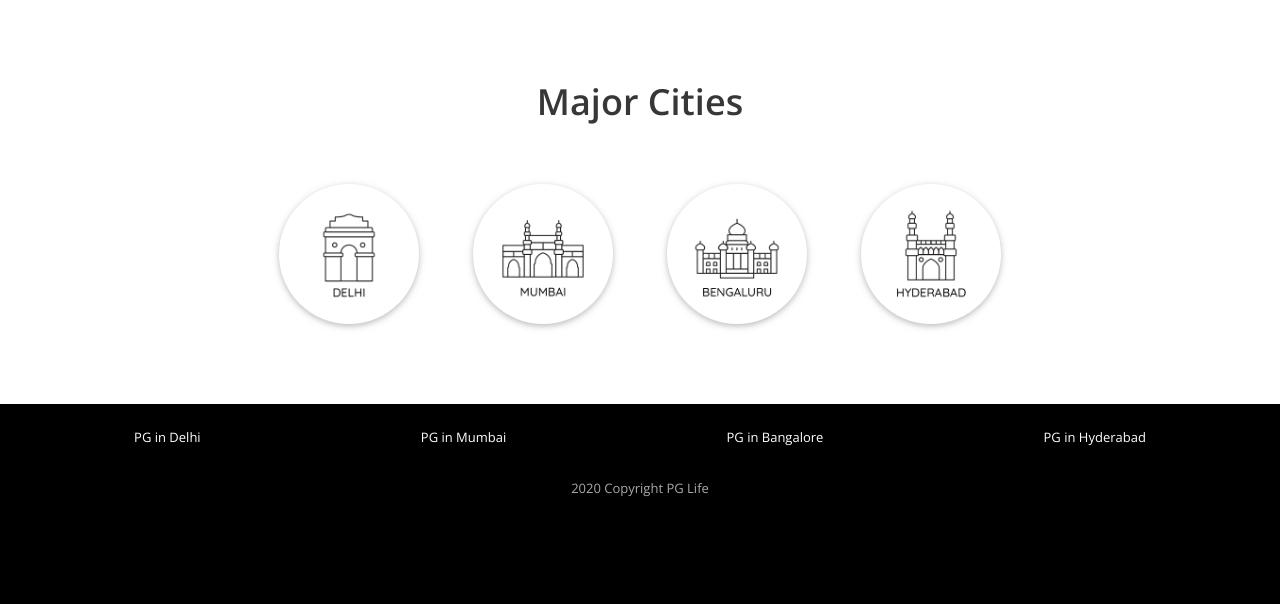
Repository: AishwaryaPandey987/PGLife
Page: index.html
An editor plug-in stored every save of this project. The page is shown before and after the next save, followed by the edit.
The browser window is 1280 px wide. The pictures show the part of the page from y = 502 to 1106 px (the page is 1106 px tall before and 1025 px after).
Backgrounds fixed to the window are drawn as part of the page. Some web libraries are served in a nearby version.

Above is the page before, as saved 2023-02-06 21:00:15.

After the next save:
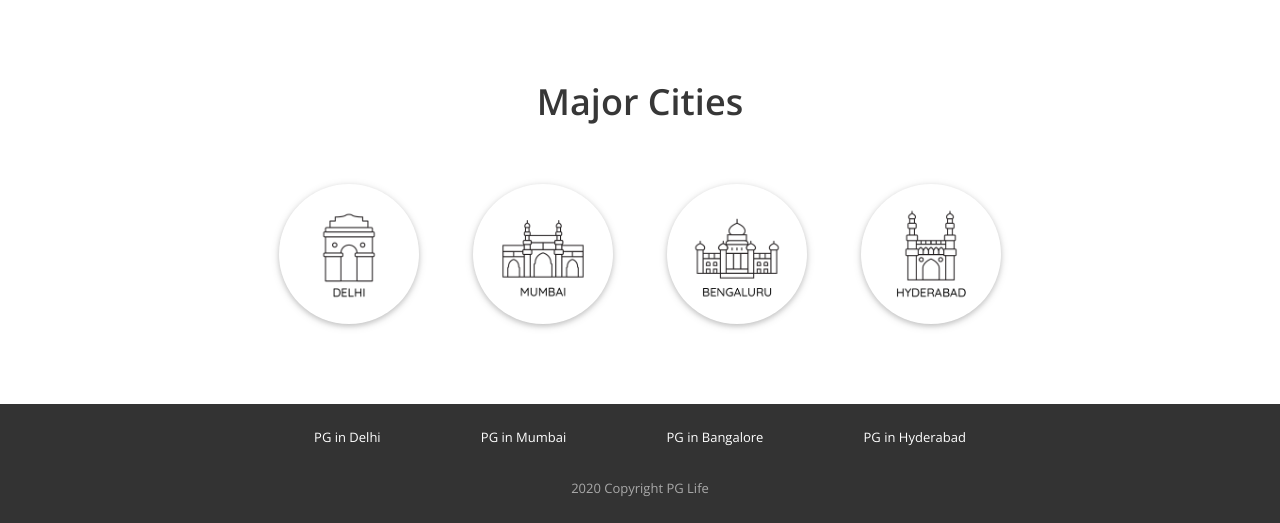
Saved 9 s later.
--- a/index.html
+++ b/index.html
@@ -226,7 +226,7 @@
 </div>
 
 <div class="footer">
-  <div class="page-container-footer footer-container">
+  <div class="page-container footer-container">
     <div class="footer-cities">
       <div class="footer-city">
         <a href="property_list.html">PG in Delhi</a>
